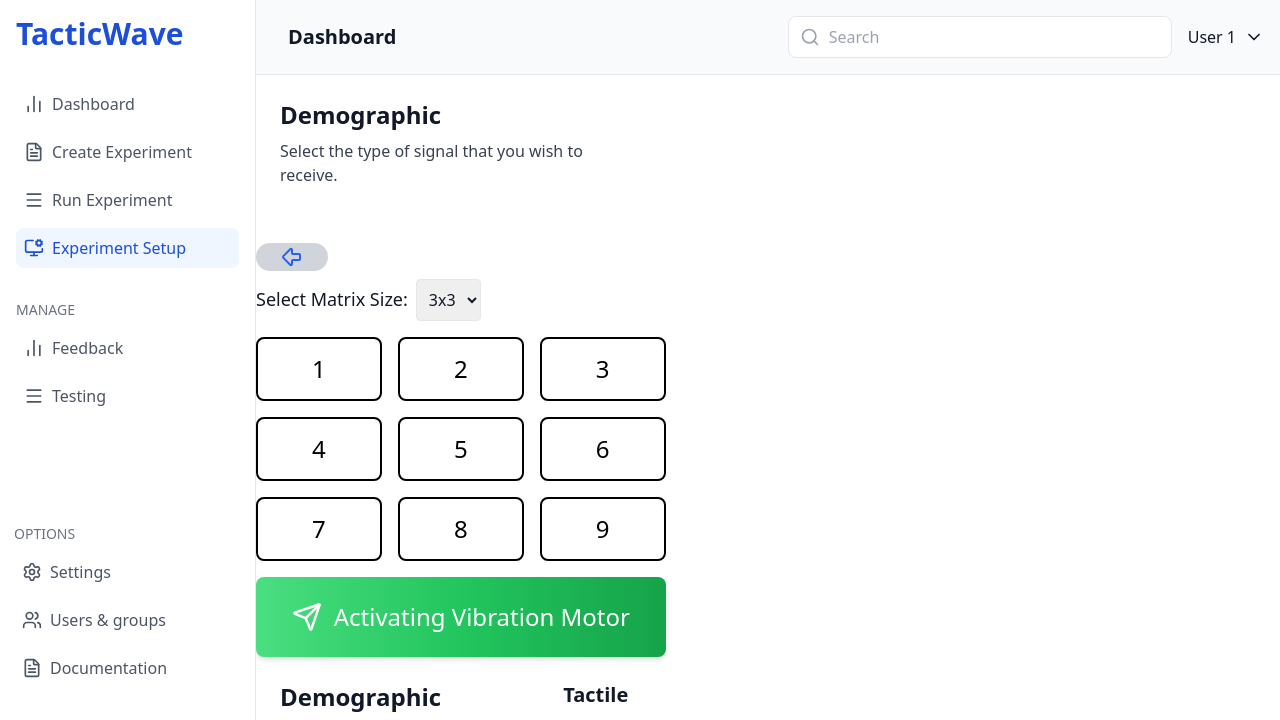
Repository: Nguyenle23/TacticWave
Page: /setup (app in Client/)
An editor plug-in stored every save of this project. The page is shown before and after the next save, followed by the edit.
The browser window is 1280 px wide. The pictures show the whole page.
An inner scrolling area shows only its first screen. The project was rebuilt for these pictures with package versions that can differ from the ones it lists, and the page was loaded fresh each time. Also part of the build but not shown: Client/vite.config.js, Client/src/components/commons/Modal.jsx, Client/src/components/dashboard/ExperimentList/ExperimentItem.jsx, Client/src/components/dashboard/ExperimentList/ExperimentList.jsx, Client/src/components/dashboard/Statistics/StatisticsCard.jsx, Client/src/components/dashboard/Statistics/Statistics.jsx, Client/src/components/dashboard/Dashboard.jsx, Client/src/pages/DashboardPage.jsx and 7 more.

Above is the page before, as saved 2024-12-06 20:17:35.

### Client/index.html
<!doctype html>
<html lang="en">
  <head>
    <meta charset="UTF-8" />
    <link rel="icon" type="image/svg+xml" href="/vite.svg" />
    <meta name="viewport" content="width=device-width, initial-scale=1.0" />
    <title>TacticWave</title>
  </head>
  <body>
    <div id="root"></div>
    <script type="module" src="/src/main.jsx"></script>
  </body>
</html>

### Client/src/index.css
/* index.css */
@tailwind base;
@tailwind components;
@tailwind utilities;

/* Custom styles for the project */
body {
  @apply bg-gray-100 text-gray-900;
}

h1, h2, h3, h4, h5, h6 {
  @apply font-semibold;
}

a {
  @apply text-blue-600 hover:text-blue-800;
}

button {
  @apply bg-blue-600 text-white rounded-lg px-4 py-2 hover:bg-blue-700;
}

input, textarea {
  @apply border rounded-lg px-4 py-2 focus:outline-none focus:ring-2 focus:ring-blue-500;
}

### Client/src/pages/ExperimentSetupPage.jsx
import React from "react";
import { Layout } from "../components/layouts/Layout";
import { ExperimentSetup } from "../components/dashboard/ExperimentSetup/ExperimentSetup";

const ExperimentSetupPage = () => {
  return (
    <Layout>
      <ExperimentSetup />
    </Layout>
  );
};

export default ExperimentSetupPage;

### Client/src/components/layouts/Layout.jsx
//layout
import React, { useState } from 'react';
import { Sidebar } from './sidebar/Sidebar';
import { Header } from './header/Header';
import { Navbar } from './navbar/Navbar';

export const Layout = ({ children }) => {
  const [isMobileNavOpen, setIsMobileNavOpen] = useState(false);

  return (
    <div className="flex h-screen">
      <Sidebar />
      <Navbar
        isOpen={isMobileNavOpen}
        onClose={() => setIsMobileNavOpen(false)}
      />
      <div className="flex-1 flex flex-col w-full max-h-screen">
        <Header onMenuClick={() => setIsMobileNavOpen(true)} />
        <main className="flex-1 overflow-auto bg-white">
          {children}
        </main>
      </div>
    </div>
  );
};

### Client/src/components/dashboard/ExperimentSetup/ExperimentSetup.jsx
import React, { useState, useEffect } from "react";
import { Link } from "react-router-dom";
import { ArrowBigLeft, Send } from "lucide-react";
import { Button } from "../../commons/Button";
import { NodeConfiguration } from "../../commons/NodeConfiguration";
import { runExp } from "../../apis/callAPI";
import SwitchButton from "../../commons/Switch";

export const ExperimentSetup = () => {
  const [matrixSize, setMatrixSize] = useState(3);
  const [buttonProperty, setButtonProperty] = useState(1); // Initialize to default node
  const [intensity, setIntensity] = useState(0);
  const [duration, setDuration] = useState(0);
  const [order, setOrder] = useState(1);
  const [listings, setListings] = useState([]); // Tracks saved nodes
  const [error, setError] = useState("");
  const [type, setType] = useState(null); // State for Sequential/Simultaneous
  const [openSeq, setOpenSeq] = useState(false);
  const [openSerial, setOpenSerial] = useState(false);
  const [delay, setDelay] = useState(undefined);
  const [delayPerNode, setDelayPerNode] = useState(undefined);

  // Update buttonProperty when matrixSize changes
  useEffect(() => {
    setButtonProperty(null);
  }, [matrixSize]);

  const getSliderBackground = (value, max) => {
    const percentage = (value / max) * 100;
    return `linear-gradient(to right, #3B82F6 0%, #3B82F6 ${percentage}%, #E5E7EB ${percentage}%, #E5E7EB 100%)`;
  };

  const handleSwitchChange = (newState) => {
    setType(newState ? "Overlap" : "Serial");
  };

  const saveAndOut = () => {
    if (!openSerial && (!intensity || !duration)) {
      setError("Please fill out all required fields!");
      return;
    }

    const newListing = {
      node: buttonProperty,
      intensity: parseInt(intensity, 10) || 0, // Default to 0 if empty
      duration: parseFloat(duration, 10) || 0, // Default to 0 if empty
      order: order,
    };

    // Update listings to highlight saved nodes
    setListings((prevListings) => {
      const updatedListings = [...prevListings];
      const existingIndex = updatedListings.findIndex(
        (item) => item.node === buttonProperty
      );
      if (existingIndex >= 0) {
        updatedListings[existingIndex] = newListing; // Update existing entry
      } else {
        updatedListings.push(newListing); // Add new entry
      }
      return updatedListings;
    });

    // Reset fields after saving
    setButtonProperty(0); // Reset to default node if needed
    setIntensity(0);
    setDuration(0);
    setOrder(order);
  };

  // Initialize matrix orders
  const initialOrders = {};
  for (let row = 0; row < matrixSize; row++) {
    for (let col = 0; col < matrixSize; col++) {
      initialOrders[`${row}-${col}`] = row * matrixSize + col + 1;
    }
  }
  const [orders, setOrders] = useState(initialOrders);

  const handleMatrixSizeChange = (event) => {
    setListings([]);
    const size = parseInt(event.target.value, 10);
    setMatrixSize(size);
    setOrders(() => {
      const newOrders = {};
      for (let row = 0; row < size; row++) {
        for (let col = 0; col < size; col++) {
          newOrders[`${row}-${col}`] = row * size + col + 1;
        }
      }
      return newOrders;
    });
  };

  const handleClick = (row, col) => {
    const order = orders[`${row}-${col}`];
    setButtonProperty(order);
    setIntensity(0);
    setDuration(0);
  };

  const handleSimultaneous = () => {
    setOpenSeq(false);
    setOpenSerial(false);
    setDelay(undefined);
    setType("Simultaneous");
  };

  const handleSerial = () => {
    setOpenSeq(false);
    setDelay(undefined);
    setOpenSerial(true);
    setType("Serial");
  };

  const isNodeSaved = (node) => listings.some((item) => item.node === node);

  // Handle Submit button click
  const handleSubmit = async () => {
    try {
      const payload = {
        listings,
        type,
      };

      // Add delay if it is not undefined
      if (delay !== undefined) {
        payload.delay = delay;
      }

      if (type !== null && delayPerNode !== undefined) {
        // Transform listings to only include node values
        const transformedListings = listings.map((item) => item.node);
        const transformedDurations = listings.map((item) => item.duration);
        const transformedIntensities = listings.map((item) => item.intensity);

        payload.listings = transformedListings; // Replace listings with transformed array
        payload.duration = transformedDurations; // Ensure it's a number
        payload.intensity = transformedIntensities; // Ensure it's a number
        payload.delay = parseFloat(delayPerNode); // Ensure it's a number
        payload.type = type;
      }
      console.log("Payload:", payload);
      const response = await runExp(payload);
      // console.log("Response:", response.data);
      // setListingsNode(response.data);
    } catch (error) {
      console.error("Error running experiment:", error);
    }
  };

  return (
    <div className="flex flex-row md:flex-col">
      <div className="flex justify-between items-start p-6">
        {/* Phần "hello" bên trái */}
        <div className="w-4/12">
          <h1 className="text-2xl font-bold mb-2">Demographic</h1>
          <p className="text-gray-700">
            Select the type of signal that you wish to receive.
          </p>
        </div>
      </div>
      <div className="flex flex-row md:flex-col w-full h-fit bg-gray-10 gap-8 my-4 px-4">

      </div>
      {/* Setup demographic*/}
      <div className="md:w-2/5 w-full">
        {/* Top navigation and action buttons */}
        <div className="flex items-center justify-between mb-2">
          <Link
            to="/"
            className="px-6 py-0.5 bg-gray-300 rounded-full mr-2 hover:bg-gray-400"
          >
            <ArrowBigLeft />
          </Link>
        </div>

        <div className="mb-4">
          <label htmlFor="matrix-size" className="mr-2 text-lg font-medium">
            Select Matrix Size:
          </label>
          <select
            id="matrix-size"
            value={matrixSize}
            onChange={handleMatrixSizeChange}
            className="p-2 border rounded"
          >
            <option value="3">3x3</option>
            <option value="4">4x4</option>
            <option value="5">5x5</option>
          </select>
        </div>
        {/* <p>{JSON.stringify(type)}</p> */}

        {/* Matrix Display */}
        <div
          className={`grid grid-cols-${matrixSize} gap-4 mt-1`}
          style={{
            gridTemplateColumns: `repeat(${matrixSize}, minmax(0, 1fr))`,
          }}
        >
          {Array.from({ length: matrixSize }).map((_, row) =>
            Array.from({ length: matrixSize }).map((_, col) => {
              const node = orders[`${row}-${col}`];
              return (
                <Button
                  key={`${row}-${col}`}
                  onClick={() => handleClick(row, col)}
                  className={`w-full h-16 rounded-3xl flex items-center justify-center text-2xl font-bold transition-all duration-200 ${
                    buttonProperty === node || isNodeSaved(node)
                      ? "bg-blue-800 text-white shadow-md"
                      : "bg-white text-black hover:bg-gray-300 border-2 border-solid border-black"
                  }`}
                >
                  {node}
                </Button>
              );
            })
          )}
        </div>

        {/* Submit Button */}
        <div className="mt-4 flex items-center justify-center w-full">
          <Button
            onClick={handleSubmit}
            className="w-full px-8 py-6 bg-gradient-to-r from-green-400 via-green-500 to-green-600 text-white text-2xl font-bold rounded-full shadow-md hover:shadow-lg hover:from-green-500 hover:to-green-700 flex items-center justify-center transition-all duration-300"
          >
            <Send size={30} className="mr-3" />
            Activating Vibration Motor
          </Button>
        </div>
        {/* Sequential and Simultaneous Buttons */}
      </div>

      <div className="md:w-3/5 w-full flex flex-col">
        <div className="flex justify-between items-start p-6">
          {/* Phần "hello" bên trái */}
          <div className="w-4/12">
            <h1 className="text-2xl font-bold mb-2">Demographic</h1>
            <p className="text-gray-700">
              Select the type of signal that you wish to receive.
            </p>
          </div>

          {/* Phần bên phải theo cột */}
          <div className="w-6/12 flex flex-col space-y-4">
            {/* Nhóm Nút "Serial" và "Simultaneous" */}
            <h1 className="text-xl font-bold mb-2">Tactile</h1>
            <div className="flex space-x-2">
              <Button
                onClick={handleSerial}
                className={`w-1/2 py-2 rounded transition-all duration-200 ${
                  type === "Serial" || type === "Overlap"
                    ? "bg-blue-800 text-white shadow-md"
                    : "bg-white border-2 border-solid border-black  hover:bg-gray-300 hover:text-black"
                }`}
              >
                Serial
              </Button>
              <Button
                onClick={handleSimultaneous}
                className={`w-1/2 py-2 rounded transition-all duration-200 ${
                  type === "Simultaneous"
                    ? "bg-blue-800 text-white shadow-md"
                    : "bg-white border-2 border-solid border-black  hover:bg-gray-300 hover:text-black"
                }`}
              >
                Simultaneous
              </Button>
            </div>

            {/* Các thành phần điều kiện khi chọn Serial hoặc Overlap */}
            {(openSeq || openSerial) && (
              <div className="flex flex-col space-y-4">
                {openSeq && (
                  <div>
                    <label className="block text-lg font-medium text-gray-700 mb-2">
                      Duration (0 - 15): {delay}
                    </label>
                    <div className="relative">
                      <input
                        type="range"
                        min="0"
                        max="15"
                        value={delay}
                        onChange={(e) => setDelay(e.target.value)}
                        className="w-full h-2 bg-gray-200 rounded-lg appearance-none cursor-pointer
                               focus:outline-none focus:ring-0
                               [&::-webkit-slider-thumb]:appearance-none [&::-webkit-slider-thumb]:w-4
                               [&::-webkit-slider-thumb]:h-4 [&::-webkit-slider-thumb]:bg-blue-500
                               [&::-webkit-slider-thumb]:rounded-full [&::-webkit-slider-thumb]:cursor-pointer
                               [&::-webkit-slider-thumb]:transition-all [&::-webkit-slider-thumb]:duration-150
                               [&::-webkit-slider-thumb]:hover:scale-110
                               [&::-moz-range-thumb]:appearance-none [&::-moz-range-thumb]:w-4
                               [&::-moz-range-thumb]:h-4 [&::-moz-range-thumb]:bg-blue-500
                               [&::-moz-range-thumb]:border-0
                               [&::-moz-range-thumb]:rounded-full [&::-moz-range-thumb]:cursor-pointer
                               [&::-moz-range-thumb]:transition-all [&::-moz-range-thumb]:duration-150
                               [&::-moz-range-thumb]:hover:scale-110
                               [&::-moz-range-progress]:bg-blue-500 [&::-moz-range-progress]:rounded-l-lg
                               [&::-moz-range-track]:bg-gray-200 [&::-moz-range-track]:rounded-lg"
                        style={{
                          background: getSliderBackground(delay, 15),
                        }}
                      />
                    </div>
                  </div>
                )}

                {openSerial && (
                  <>
                    <SwitchButton
                      isOn={type === "Overlap"}
                      onSwitchChange={handleSwitchChange}
                    />

                    <div>
                      <label className="block text-lg font-medium text-gray-700 mb-2">
                        Delay between nodes (0 - 15): {delayPerNode}
                      </label>
                      <div className="relative">
                        <input
                          type="range"
                          min="0"
                          max="15"
                          step="0.1"
                          value={delayPerNode}
                          onChange={(e) => setDelayPerNode(e.target.value)}
                          className="w-full h-2 bg-gray-200 rounded-lg appearance-none cursor-pointer
                                 focus:outline-none focus:ring-0
                                 [&::-webkit-slider-thumb]:appearance-none [&::-webkit-slider-thumb]:w-4
                                 [&::-webkit-slider-thumb]:h-4 [&::-webkit-slider-thumb]:bg-blue-500
                                 [&::-webkit-slider-thumb]:rounded-full [&::-webkit-slider-thumb]:cursor-pointer
                                 [&::-webkit-slider-thumb]:transition-all [&::-webkit-slider-thumb]:duration-150
                                 [&::-webkit-slider-thumb]:hover:scale-110
                                 [&::-moz-range-thumb]:appearance-none [&::-moz-range-thumb]:w-4
                                 [&::-moz-range-thumb]:h-4 [&::-moz-range-thumb]:bg-blue-500
                                 [&::-moz-range-thumb]:border-0
                                 [&::-moz-range-thumb]:rounded-full [&::-moz-range-thumb]:cursor-pointer
                                 [&::-moz-range-thumb]:transition-all [&::-moz-range-thumb]:duration-150
                                 [&::-moz-range-thumb]:hover:scale-110
                                 [&::-moz-range-progress]:bg-blue-500 [&::-moz-range-progress]:rounded-l-lg
                                 [&::-moz-range-track]:bg-gray-200 [&::-moz-range-track]:rounded-lg"
                          style={{
                            background: getSliderBackground(delayPerNode, 15),
                          }}
                        />
                      </div>
                    </div>
                  </>
                )}
              </div>
            )}
          </div>
        </div>

        {/* Slider Controls */}

        {buttonProperty && (
          <div className="flex justify-between items-start p-6">
            <NodeConfiguration
              isSerial={openSerial}
              isEdit={false}
              nodeNumber={buttonProperty}
              intensity={intensity}
              setIntensity={setIntensity}
              duration={duration}
              setDuration={setDuration}
              order={order}
              setOrder={setOrder}
              listings={listings}
              onClose={() => setButtonProperty(1)} // Reset to default node on close
              onSave={saveAndOut}
              error={error}
            />
          </div>
        )}
      </div>
    </div>
  );
};

### Client/src/components/layouts/header/Header.jsx
import React from "react";
import { Menu, ChevronDown } from "lucide-react";
import { SearchBar } from "../../commons/SearchBar";

export const Header = ({ onMenuClick }) => {
  return (
    <div className="flex justify-between items-center p-4 border-b bg-gray-50">
      <div className="flex items-center space-x-4">
        <button onClick={onMenuClick} className="lg:hidden p-2">
          <Menu size={24} />
        </button>
        <h2 className="text-xl font-semibold">Dashboard</h2>
      </div>
      <div className="flex items-center space-x-4">
        <SearchBar className="hidden md:block w-48 lg:w-96" />
        <div className="flex items-center space-x-2 cursor-pointer">
          <span>User 1</span>
          <ChevronDown size={20} />
        </div>
      </div>
    </div>
  );
};

### Client/src/components/layouts/navbar/Navbar.jsx
import React from 'react';
// import { X } from 'lucide-react';
// import { SidebarItem } from './Sidebar';
// import { NAVIGATION_ITEMS, MANAGE_ITEMS } from '../../constants/navigation';

export const Navbar = ({ isOpen, onClose }) => {
  return (
    <div className={`lg:hidden fixed inset-0 z-50 ${isOpen ? 'block' : 'hidden'}`}>
      <div className="absolute inset-0 bg-black bg-opacity-50" onClick={onClose} />
      <div className="absolute inset-y-0 left-0 w-64 bg-white shadow-xl">
        {/* ... Same content as Sidebar but with close button ... */}
      </div>
    </div>
  );
};

### Client/src/components/commons/Button.jsx
//button
import React from 'react';

export const Button = ({
  children,
  variant = 'primary',
  className = '',
  ...props
}) => {
  const baseStyles = 'px-4 py-2 rounded-lg font-medium transition-colors';
  const variants = {
    primary: 'bg-blue-600 text-black hover:bg-blue-700',
    secondary: 'text-white-600 hover:text-black-700',
  };

  return (
    <button
      className={`${baseStyles} ${variants[variant]} ${className}`}
      {...props}
    >
      {children}
    </button>
  );
};

### Client/src/constants/navigation.jsx
export const NAVIGATION_ITEMS = [
  { icon: 'BarChart2', label: 'Dashboard', path: '/' },
  { icon: 'FileText', label: 'Create Experiment', path: '/matrix' },
  { icon: 'Menu', label: 'Run Experiment', path: '/run' },
  { icon: 'MonitorCogIcon', label: 'Experiment Setup', path: '/setup' },
];

export const MANAGE_ITEMS = [
  { icon: 'BarChart2', label: 'Feedback', path: '/manage/dashboard' },
  { icon: 'Menu', label: 'Testing', path: '/manage/run' },
];

export const OPTION_ITEMS = [
  { icon: 'Settings', label: 'Settings', path: '/manage/settings' },
  { icon: 'Users', label: 'Users & groups', path: '/manage/users' },
  { icon: 'FileText', label: 'Documentation', path: '/manage/docs' },
];

### Client/src/components/commons/SearchBar.jsx
import React from 'react';
import { Search } from 'lucide-react';

export const SearchBar = ({ className = '', ...props }) => {
  return (
    <div className={`relative ${className}`}>
      <Search
        className="absolute left-3 top-1/2 transform -translate-y-1/2 text-gray-400"
        size={20}
      />
      <input
        type="text"
        placeholder="Search"
        className="pl-10 pr-4 py-2 border rounded-lg w-full focus:outline-none focus:ring-2 focus:ring-blue-500"
        {...props}
      />
    </div>
  );
};

Loaded but not shown: Client/src/main.jsx (common file); Client/tailwind.config.js (10 lines, source omitted); Client/src/components/commons/NodeConfiguration.jsx (149 lines, source omitted); Client/src/App.jsx (122 lines, source omitted); Client/src/components/layouts/sidebar/Sidebar.jsx (73 lines, source omitted); Client/src/components/apis/callAPI.jsx (44 lines, source omitted); Client/src/components/layouts/sidebar/SidebarItem.jsx (28 lines, source omitted)

After the next save:
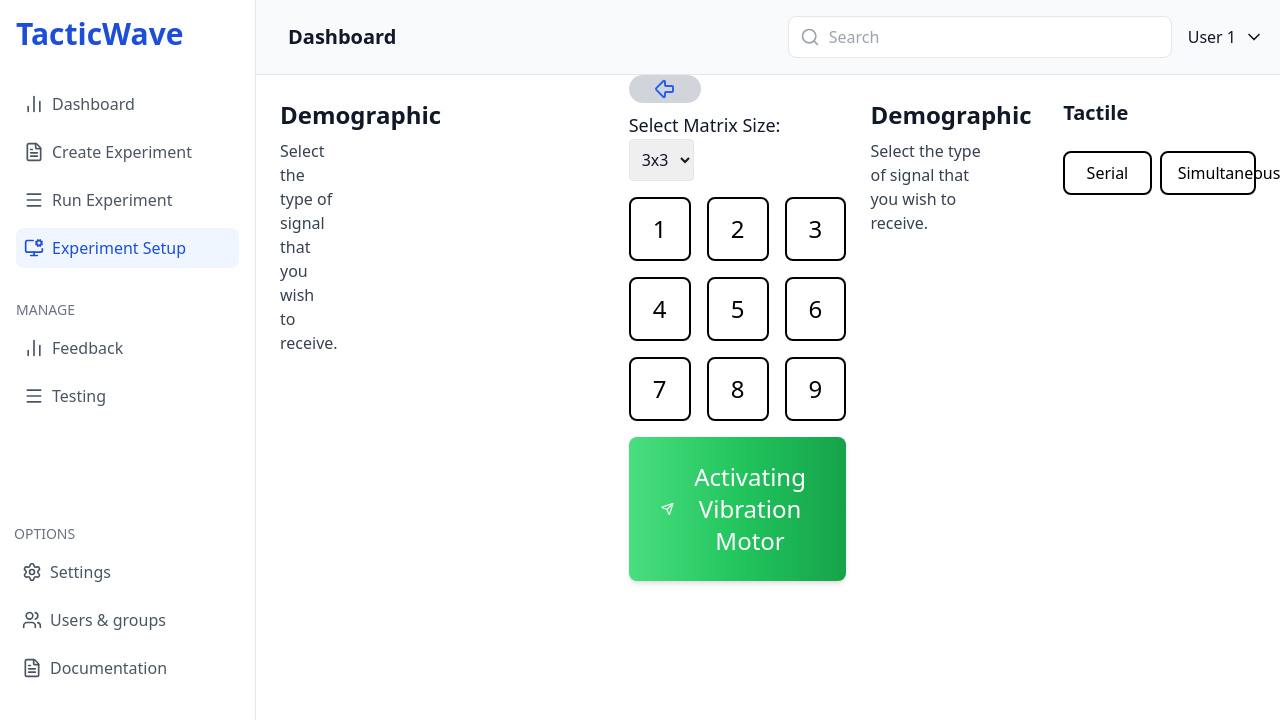
Saved 13 s later.
--- a/Client/src/components/dashboard/ExperimentSetup/ExperimentSetup.jsx
+++ b/Client/src/components/dashboard/ExperimentSetup/ExperimentSetup.jsx
@@ -150,7 +150,7 @@
   };
 
   return (
-    <div className="flex flex-row md:flex-col">
+    <div className="flex flex-row">
       <div className="flex justify-between items-start p-6">
         {/* Phần "hello" bên trái */}
         <div className="w-4/12">

After the 2 saves that followed:
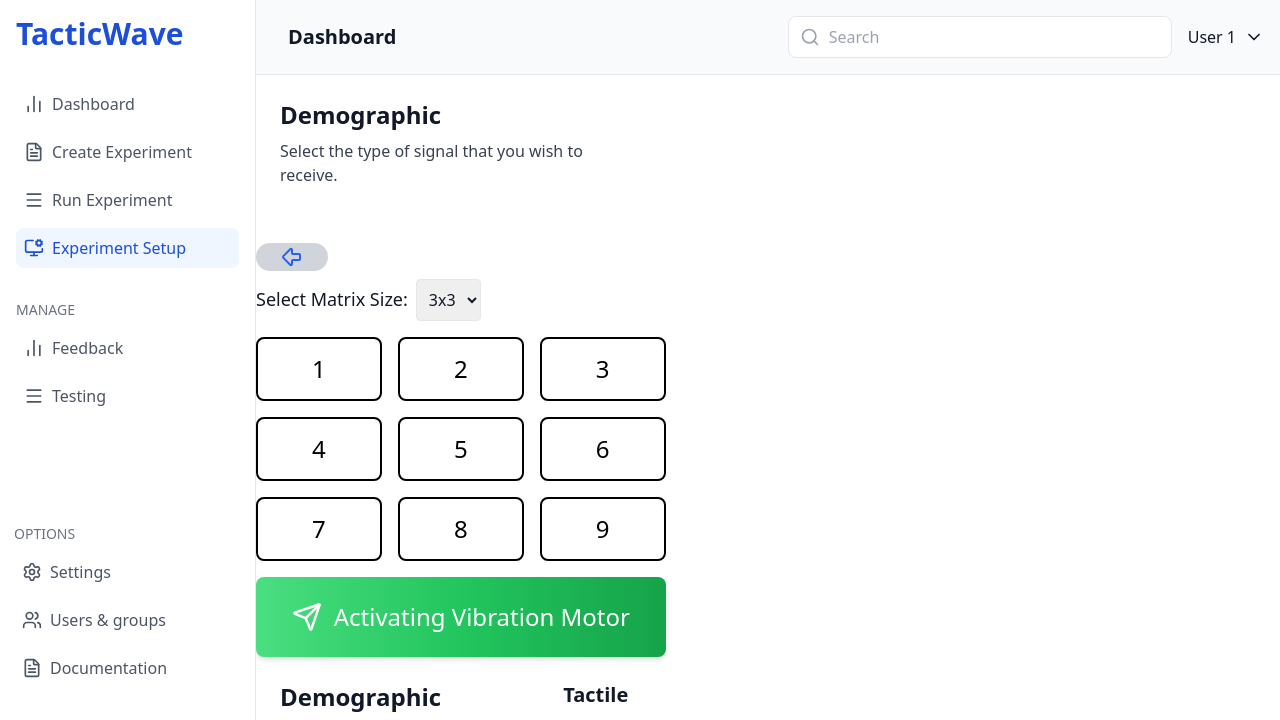
The 2 saves are shown as one change because 1 left the picture as it was.
The last was saved 26 s later.
--- a/Client/src/components/dashboard/ExperimentSetup/ExperimentSetup.jsx
+++ b/Client/src/components/dashboard/ExperimentSetup/ExperimentSetup.jsx
@@ -150,7 +150,7 @@
   };
 
   return (
-    <div className="flex flex-row">
+    <div className="flex flex-row md:flex-col">
       <div className="flex justify-between items-start p-6">
         {/* Phần "hello" bên trái */}
         <div className="w-4/12">
